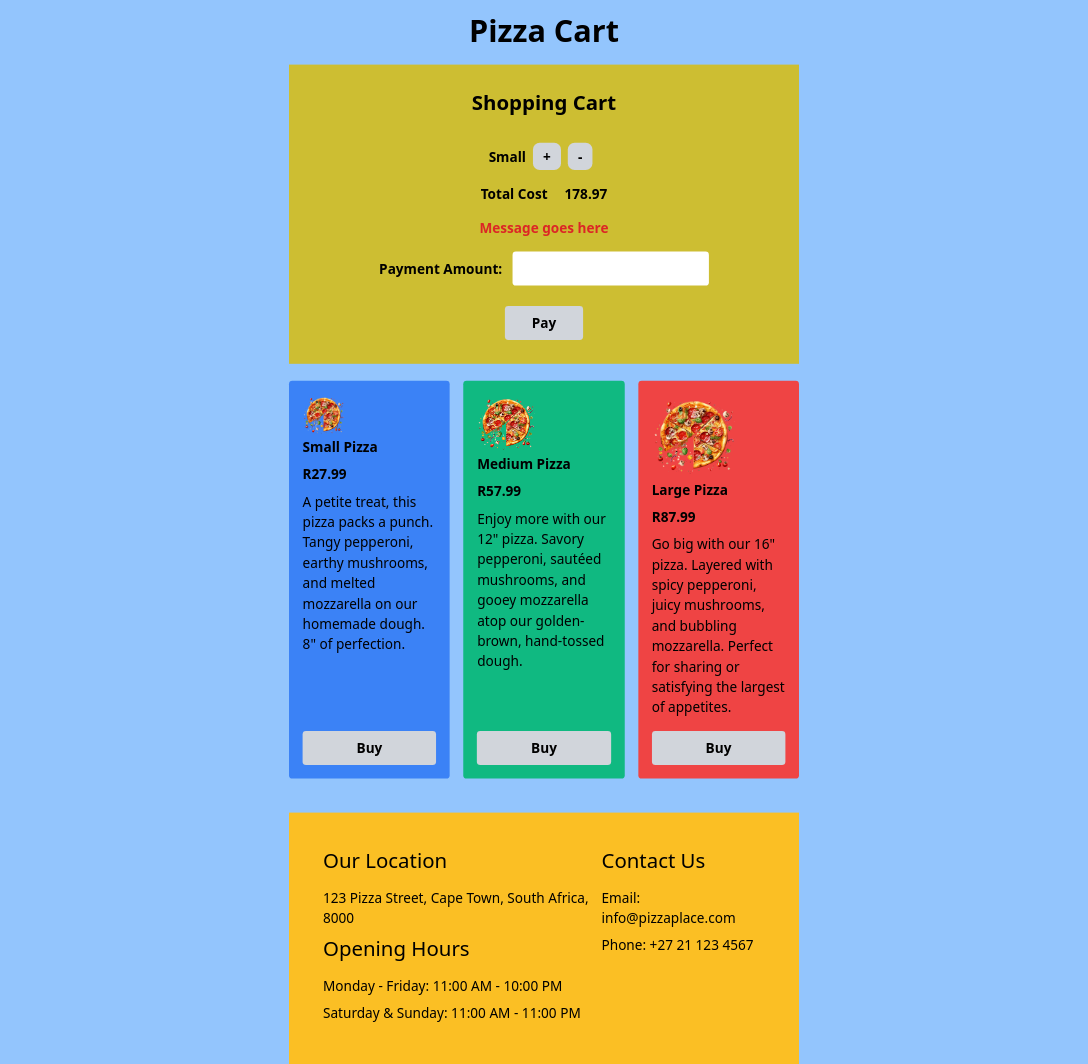
Repository: lasity34/pizza_cart
Page: index.html
The author's editor kept a copy of each file at every save. The page is drawn from the files as they stood at one save, then again after the next save.
The browser window is 1280 px wide. The pictures show the whole page, at 85% of full size.
Some web libraries are served in a nearby version.

Above is the page before, as saved 2023-07-11 10:58:58.
Console error: ReferenceError: amount is not defined

### index.html
<!DOCTYPE html>
<html lang="en">
  <head>
    <meta charset="UTF-8" />
    <meta name="viewport" content="width=device-width, initial-scale=1.0" />
    <title>Pizza Cart</title>
    <script src="//unpkg.com/alpinejs" defer></script>
    <link
      href="https://cdn.jsdelivr.net/npm/tailwindcss@2.1.2/dist/tailwind.min.css"
      rel="stylesheet"
    />
    <link href="./style.css" rel="stylesheet" />
  </head>
  <body class="bg-blue-300">
    <section class="flex justify-center items-center">
      <h1 class="text-4xl pt-4 font-bold">Pizza Cart</h1>
    </section>
    <section
      class="shop-container my-5 p-7 flex justify-center items-center flex-col"
    >
      <h2 class="text-2xl mb-2 font-bold">Shopping Cart</h2>
      <div class="mt-6 flex flex-col items-center">
        <div x-data="cart" class="flex items-center">
          <p class="font-bold mr-2">Small</p>
          <button @click="increment()"
            class="bg-gray-300 hover:bg-gray-400 rounded-lg px-3 py-1 mr-2 font-bold"
          >
            +
          </button>
          <button @click="decrement()"
            class="bg-gray-300 hover:bg-gray-400 rounded-lg px-3 py-1 font-bold"
          >
            -
          </button>
          <p class="ml-2" x-text="amount * price"></p>
        </div>
        <div class="flex mt-4">
          <p class="font-bold">Total Cost</p>
          <p class="ml-5 font-bold">178.97</p>
        </div>
        <div class="mt-4">
          <p class="text-red-600 font-bold">Message goes here</p>
        </div>
        <div class="mt-4">
          <label class="font-bold">Payment Amount:</label>
          <input type="text" class="rounded ml-2 py-2" />
        </div>
        <div class="mt-6">
          <button
            class="bg-gray-300 hover:bg-gray-400 py-2 px-8 rounded font-bold"
          >
            Pay
          </button>
        </div>
      </div>
    </section>
    <section class="pizza_columns">
      <div class="flex justify-around gap-4 max-w-screen-sm mx-auto">
        <div
          class="pizza_sm bg-blue-500 rounded p-4 w-64 flex flex-col justify-between text-black"
        >
          <div>
            <img src="./pizza.png" width="50" />
            <h3 class="mb-2 font-bold">Small Pizza</h3>
            <h3 class="mb-2 font-bold">R27.99</h3>
            <p class="mb-4">
              A petite treat, this pizza packs a punch. Tangy pepperoni, earthy
              mushrooms, and melted mozzarella on our homemade dough. 8" of
              perfection.
            </p>
          </div>
          <button
            @click=""
            class="bg-gray-300 hover:bg-gray-400 transition-colors duration-300 py-2 px-4 rounded font-bold"
          >
            Buy
          </button>
        </div>
        <div
          class="pizza_md bg-green-500 rounded p-4 w-64 flex flex-col justify-between text-black"
        >
          <div>
            <img src="./pizza.png" width="70" />
            <h3 class="mb-2 font-bold">Medium Pizza</h3>
            <h3 class="mb-2 font-bold">R57.99</h3>
            <p class="mb-4">
              Enjoy more with our 12" pizza. Savory pepperoni, sautéed
              mushrooms, and gooey mozzarella atop our golden-brown, hand-tossed
              dough.
            </p>
          </div>
          <button
            class="bg-gray-300 hover:bg-gray-400 transition-colors duration-300 py-2 px-4 rounded font-bold"
          >
            Buy
          </button>
        </div>
        <div
          class="pizza_lg bg-red-500 rounded p-4 w-64 flex flex-col justify-between text-black"
        >
          <div>
            <img src="./pizza.png" width="100" />
            <h3 class="mb-2 font-bold">Large Pizza</h3>
            <h3 class="mb-2 font-bold">R87.99</h3>
            <p class="mb-4">
              Go big with our 16" pizza. Layered with spicy pepperoni, juicy
              mushrooms, and bubbling mozzarella. Perfect for sharing or
              satisfying the largest of appetites.
            </p>
          </div>
          <button
            class="bg-gray-300 hover:bg-gray-400 transition-colors duration-300 py-2 px-4 rounded font-bold"
          >
            Buy
          </button>
        </div>
      </div>
      <footer class="bg-yellow-400 text-black mt-10 p-10">
        <div class="container mx-auto flex justify-between">
          <div>
            <h2 class="text-2xl mb-4">Our Location</h2>
            <p class="mb-2">123 Pizza Street, Cape Town, South Africa, 8000</p>

            <h2 class="text-2xl mb-4">Opening Hours</h2>
            <p class="mb-2">Monday - Friday: 11:00 AM - 10:00 PM</p>
            <p class="mb-2">Saturday & Sunday: 11:00 AM - 11:00 PM</p>
          </div>
          <div>
            <h2 class="text-2xl mb-4">Contact Us</h2>
            <p class="mb-2">Email: info@pizzaplace.com</p>
            <p class="mb-2">Phone: +27 21 123 4567</p>
          </div>
        </div>
      </footer>
    </section>
    <script src="./pizza.js"></script>
  </body>
</html>

### style.css

body {
    max-width: 600px;
    margin: 0 auto;
}

.shop-container {
    background-color: rgb(205, 190, 50);
}

### pizza.js
function cart() {
  return {
    smallAmount: 0,
    mediumAmount: 0,
    largeAmount: 0,
    prices: {
      small: 27.99,
      medium: 57.99,
      large: 87.99,
    },
    increment(size) {
      if (size === "small") {
        this.smallAmount++;
      } else if (size === "medium") {
        this.mediumAmount++;
      } else if (size === "large") {
        this.largeAmount++;
      }
    },
    decrement(size) {
      if (size === "small" && this.smallAmount > 0) {
        this.smallAmount--;
      } else if (size === "medium" && this.mediumAmount > 0) {
        this.mediumAmount--;
      } else if (size === "large" && this.largeAmount > 0) {
        this.largeAmount--;
      }
    },
  };
}

document.addEventListener("alpine:init", () => {
  Alpine.data("cart", cart);
});

After the next save:
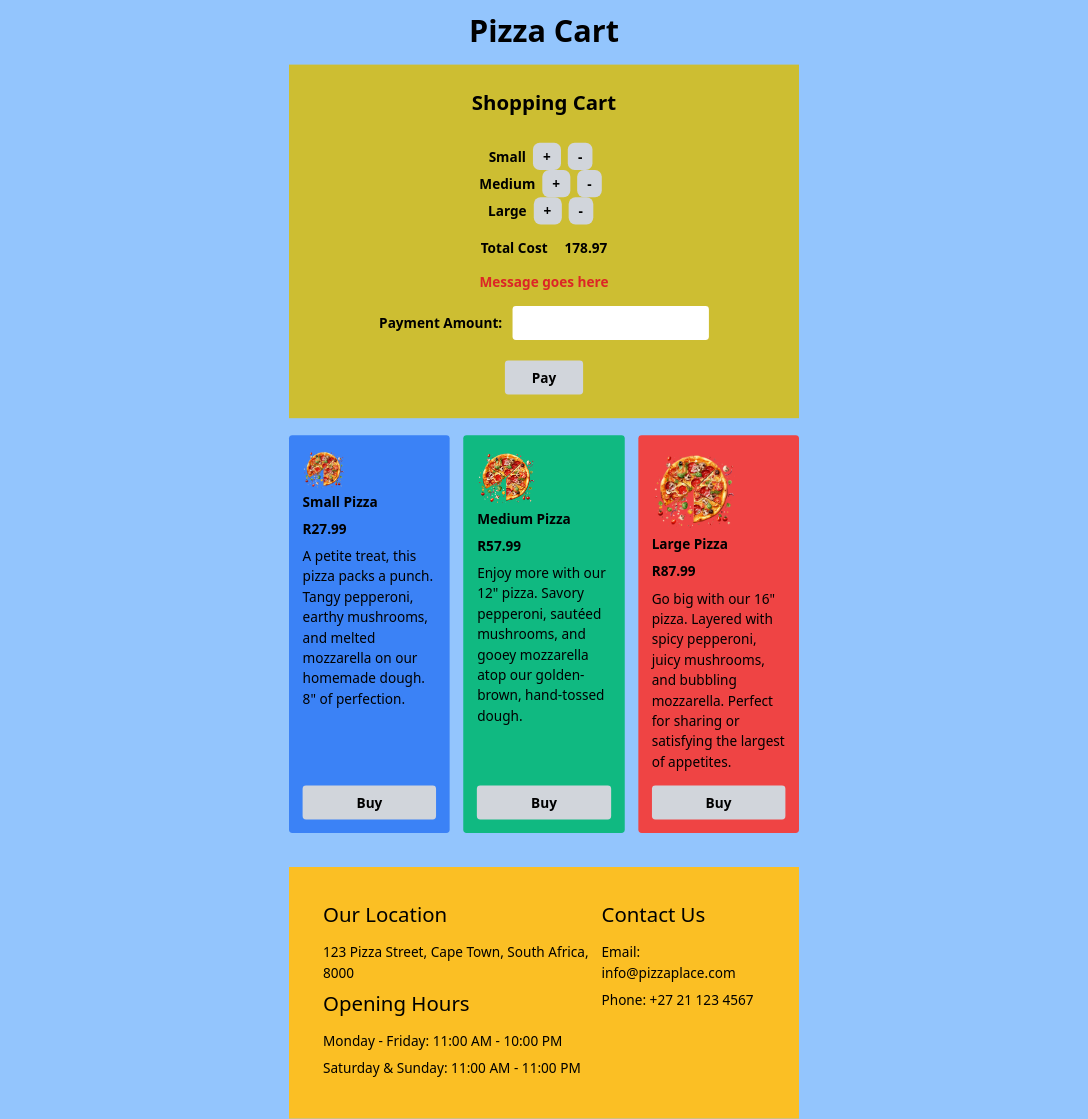
Saved 2 min 11 s later.
--- a/index.html
+++ b/index.html
@@ -22,6 +22,34 @@
       <div class="mt-6 flex flex-col items-center">
         <div x-data="cart" class="flex items-center">
           <p class="font-bold mr-2">Small</p>
+          <button @click="increment()"
+            class="bg-gray-300 hover:bg-gray-400 rounded-lg px-3 py-1 mr-2 font-bold"
+          >
+            +
+          </button>
+          <button @click="decrement()"
+            class="bg-gray-300 hover:bg-gray-400 rounded-lg px-3 py-1 font-bold"
+          >
+            -
+          </button>
+          <p class="ml-2" x-text="amount * price"></p>
+        </div>
+        <div x-data="cart" class="flex items-center">
+          <p class="font-bold mr-2">Medium</p>
+          <button @click="increment()"
+            class="bg-gray-300 hover:bg-gray-400 rounded-lg px-3 py-1 mr-2 font-bold"
+          >
+            +
+          </button>
+          <button @click="decrement()"
+            class="bg-gray-300 hover:bg-gray-400 rounded-lg px-3 py-1 font-bold"
+          >
+            -
+          </button>
+          <p class="ml-2" x-text="amount * price"></p>
+        </div>
+        <div x-data="cart" class="flex items-center">
+          <p class="font-bold mr-2">Large</p>
           <button @click="increment()"
             class="bg-gray-300 hover:bg-gray-400 rounded-lg px-3 py-1 mr-2 font-bold"
           >

After the save that followed:
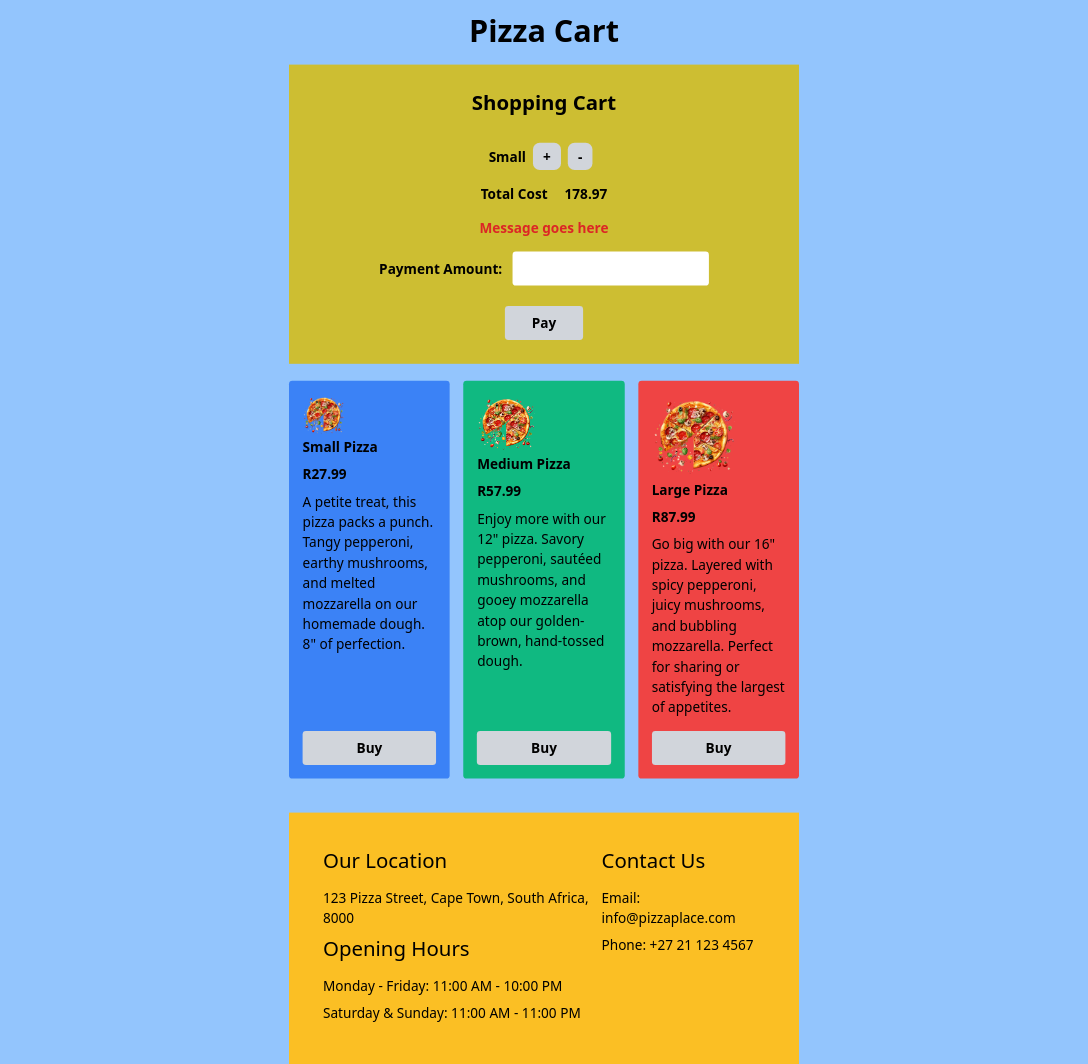
Saved 3 min 4 s later.
--- a/index.html
+++ b/index.html
@@ -20,48 +20,25 @@
     >
       <h2 class="text-2xl mb-2 font-bold">Shopping Cart</h2>
       <div class="mt-6 flex flex-col items-center">
-        <div x-data="cart" class="flex items-center">
-          <p class="font-bold mr-2">Small</p>
-          <button @click="increment()"
-            class="bg-gray-300 hover:bg-gray-400 rounded-lg px-3 py-1 mr-2 font-bold"
-          >
-            +
-          </button>
-          <button @click="decrement()"
-            class="bg-gray-300 hover:bg-gray-400 rounded-lg px-3 py-1 font-bold"
-          >
-            -
-          </button>
-          <p class="ml-2" x-text="amount * price"></p>
+        <div x-data="cart" >
+          <div class="flex items-center">
+            <p class="font-bold mr-2">Small</p>
+            <button
+              @click="increment()"
+              class="bg-gray-300 hover:bg-gray-400 rounded-lg px-3 py-1 mr-2 font-bold"
+            >
+              +
+            </button>
+            <button
+              @click="decrement()"
+              class="bg-gray-300 hover:bg-gray-400 rounded-lg px-3 py-1 font-bold"
+            >
+              -
+            </button>
+            <p class="ml-2" x-text="amount * price"></p>
+          </div>
         </div>
-        <div x-data="cart" class="flex items-center">
-          <p class="font-bold mr-2">Medium</p>
-          <button @click="increment()"
-            class="bg-gray-300 hover:bg-gray-400 rounded-lg px-3 py-1 mr-2 font-bold"
-          >
-            +
-          </button>
-          <button @click="decrement()"
-            class="bg-gray-300 hover:bg-gray-400 rounded-lg px-3 py-1 font-bold"
-          >
-            -
-          </button>
-          <p class="ml-2" x-text="amount * price"></p>
-        </div>
-        <div x-data="cart" class="flex items-center">
-          <p class="font-bold mr-2">Large</p>
-          <button @click="increment()"
-            class="bg-gray-300 hover:bg-gray-400 rounded-lg px-3 py-1 mr-2 font-bold"
-          >
-            +
-          </button>
-          <button @click="decrement()"
-            class="bg-gray-300 hover:bg-gray-400 rounded-lg px-3 py-1 font-bold"
-          >
-            -
-          </button>
-          <p class="ml-2" x-text="amount * price"></p>
-        </div>
+
         <div class="flex mt-4">
           <p class="font-bold">Total Cost</p>
           <p class="ml-5 font-bold">178.97</p>
